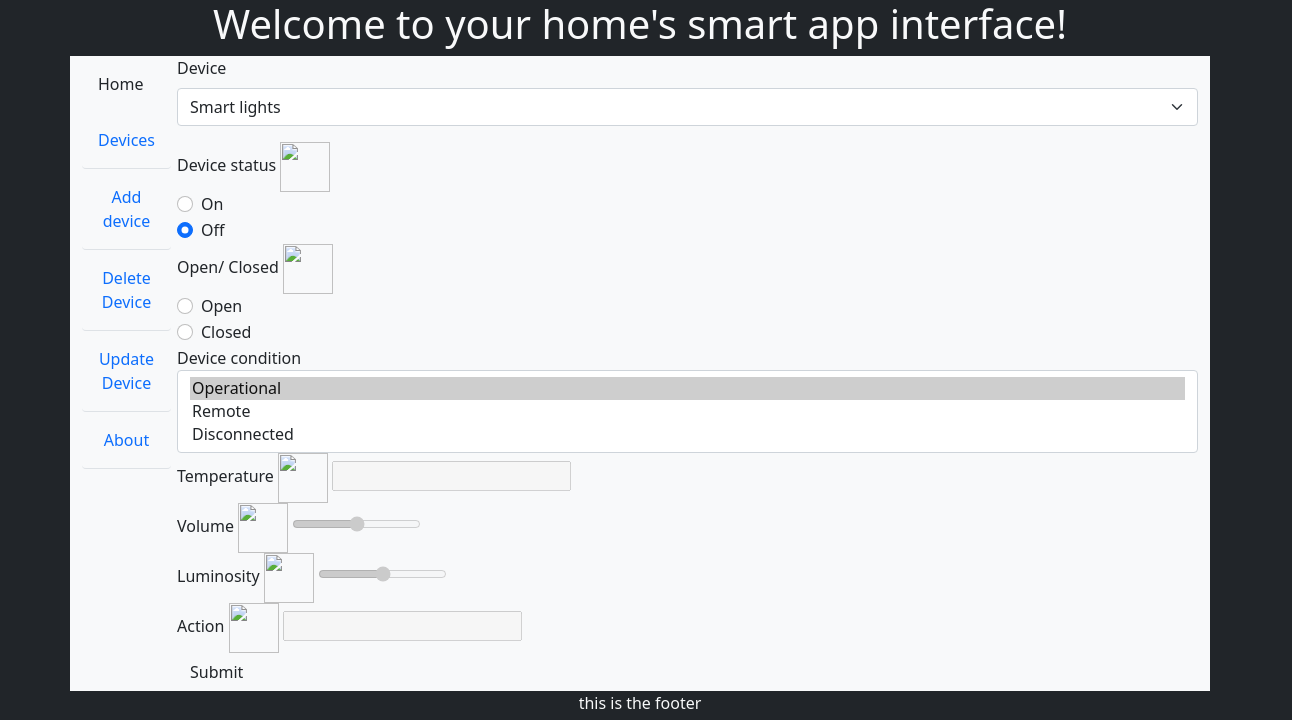
Repository: St-34-lth/stoopid_home
Page: http://localhost/addDevice
The author's editor kept a copy of each file at every save. The page is drawn from the files as they stood at one save, then again after the next save.
The browser window is 1280 px wide. The page is 1292 px wide, so the pictures cover 1292 px, including what lies to the right of the window. The pictures show the whole page.
The page is served by the project's Node server (index.js).

Above is the page before, as saved 2022-01-16 12:44:35.
Console error: ReferenceError: assignAssets is not defined

After the next save:
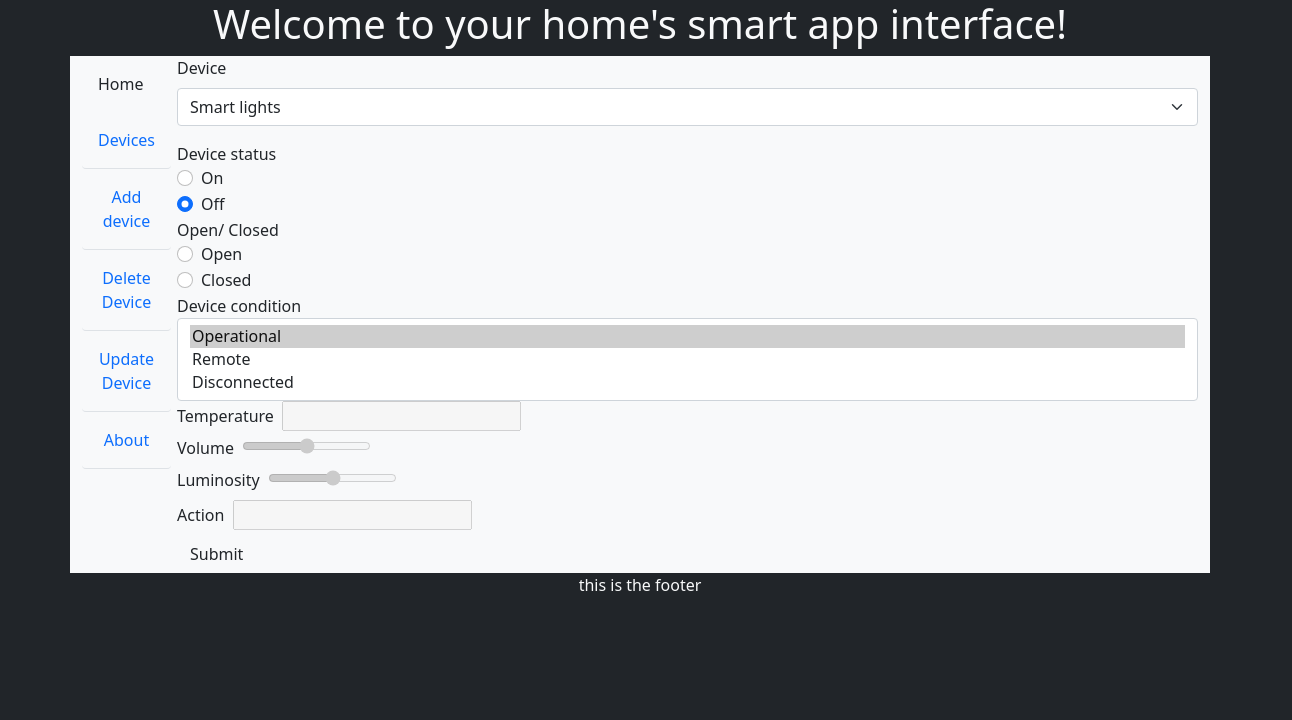
Saved 2 min 20 s later.
--- a/views/templates/add.ejs
+++ b/views/templates/add.ejs
@@ -23,7 +23,7 @@
 
           <!-- Status -->
                     <label class='text-dark form label' for='status'>Device status</label>
-                    <img id='statusImage' class='optSVG' type='svg' src="">
+                    <img id='statusImage' class='addOptionSVG' type='svg' src="">
                     <div class="form-check">
                               <input class="form-check-input property" type="radio" name="status" id="deviceOn" value="1" >
                               <label class="form-check-label" for="flexRadioDefault1">
@@ -39,7 +39,7 @@
           <!-- Openclosed -->
           <div id='opencloseContainer'>
                     <label class='text-dark form label' for='status'>Open/ Closed</label>
-                    <img id='opencloseImage' class='optSVG' type='svg' src="">
+                    <img id='opencloseImage' class='addOptionSVG' type='svg' src="">
                     <div class="form-check">
                               <input class="form-check-input property" type="radio" name="openclose" id="deviceOpen" value="1">
                               <label class="form-check-label" for="flexRadioDefault1">
@@ -64,14 +64,14 @@
                     </select>
           <!-- Temperature -->
                     <label for="temperature" class="form-label">Temperature</label>
-                    <img id='temperatureImage' class='optSVG' type='svg' src="">
+                    <img id='temperatureImage' class='addOptionSVG' type='svg' src="">
                     <input class='property' disabled type="text" id="deviceTemperature" name="temperature" defaultValue="">
 
           <!-- Volume -->
 
                     <div id="volumeContainer">
                     <label class='form-label text-dark' for='volume'>Volume</label>
-                    <img id='volumeImage' class='optSVG' type='svg' src="">
+                    <img id='volumeImage' class='addOptionSVG' type='svg' src="">
                     <input onchange="updateVolumeEventListener(this)" class='property'disabled id="deviceVolume"type="range" min="0" max="100" step="1" defaultValue="null"value=""name="volume">
                               <span id="volumeValueContainer"></span>
                     </div>
@@ -79,7 +79,7 @@
           <div id="luminosityContainer">
 
                     <label class='form-label text-dark' for='luminosity'>Luminosity</label>
-                    <img id='luminosityImage' class='optSVG' type='svg' src="">
+                    <img id='luminosityImage' class='addOptionSVG' type='svg' src="">
                     <input onchange="updateLuminosityEventListener(this)" class='property' disabled id="deviceLuminosity" type="range"
                               min="0" max="100" step="1" defaultValue="null" value="" name="luminosity">
                     <span id="luminosityValueContainer"></span>
@@ -88,7 +88,7 @@
           <!-- Action -->
           <div id="actionContainer">
           <label for="action" class="form-label">Action</label>
-          <img id='actionImage' class='optSVG' type='svg' src="">
+          <img id='actionImage' class='addOptionSVG' type='svg' src="">
           <input class='property' disabled type="text" id="deviceAction" name="action" defaultValue="">
           </div>
 

After the save that followed:
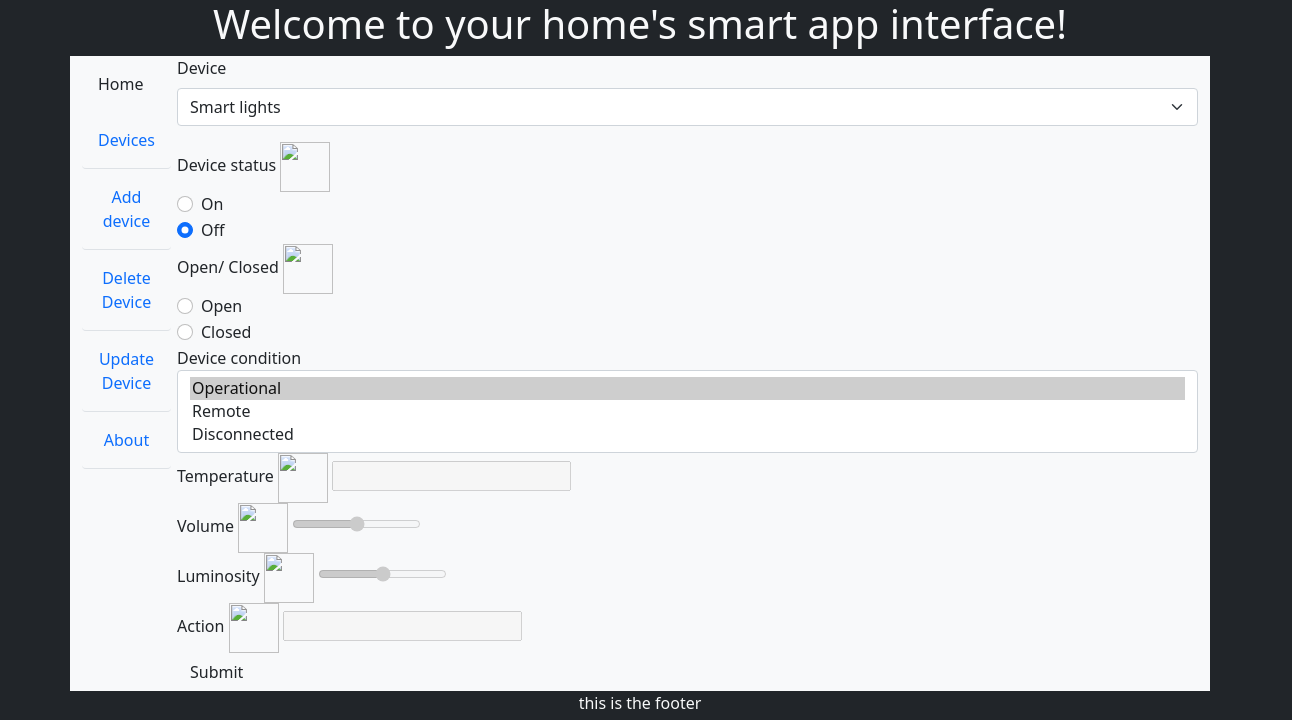
Saved 80 s later.
--- a/views/templates/add.ejs
+++ b/views/templates/add.ejs
@@ -23,7 +23,7 @@
 
           <!-- Status -->
                     <label class='text-dark form label' for='status'>Device status</label>
-                    <img id='statusImage' class='addOptionSVG' type='svg' src="">
+                    <img id='statusImage' class='optSVG' type='svg' src="">
                     <div class="form-check">
                               <input class="form-check-input property" type="radio" name="status" id="deviceOn" value="1" >
                               <label class="form-check-label" for="flexRadioDefault1">
@@ -39,7 +39,7 @@
           <!-- Openclosed -->
           <div id='opencloseContainer'>
                     <label class='text-dark form label' for='status'>Open/ Closed</label>
-                    <img id='opencloseImage' class='addOptionSVG' type='svg' src="">
+                    <img id='opencloseImage' class='optSVG' type='svg' src="">
                     <div class="form-check">
                               <input class="form-check-input property" type="radio" name="openclose" id="deviceOpen" value="1">
                               <label class="form-check-label" for="flexRadioDefault1">
@@ -64,14 +64,14 @@
                     </select>
           <!-- Temperature -->
                     <label for="temperature" class="form-label">Temperature</label>
-                    <img id='temperatureImage' class='addOptionSVG' type='svg' src="">
+                    <img id='temperatureImage' class='optSVG' type='svg' src="">
                     <input class='property' disabled type="text" id="deviceTemperature" name="temperature" defaultValue="">
 
           <!-- Volume -->
 
                     <div id="volumeContainer">
                     <label class='form-label text-dark' for='volume'>Volume</label>
-                    <img id='volumeImage' class='addOptionSVG' type='svg' src="">
+                    <img id='volumeImage' class='optSVG' type='svg' src="">
                     <input onchange="updateVolumeEventListener(this)" class='property'disabled id="deviceVolume"type="range" min="0" max="100" step="1" defaultValue="null"value=""name="volume">
                               <span id="volumeValueContainer"></span>
                     </div>
@@ -79,7 +79,7 @@
           <div id="luminosityContainer">
 
                     <label class='form-label text-dark' for='luminosity'>Luminosity</label>
-                    <img id='luminosityImage' class='addOptionSVG' type='svg' src="">
+                    <img id='luminosityImage' class='optSVG' type='svg' src="">
                     <input onchange="updateLuminosityEventListener(this)" class='property' disabled id="deviceLuminosity" type="range"
                               min="0" max="100" step="1" defaultValue="null" value="" name="luminosity">
                     <span id="luminosityValueContainer"></span>
@@ -88,7 +88,7 @@
           <!-- Action -->
           <div id="actionContainer">
           <label for="action" class="form-label">Action</label>
-          <img id='actionImage' class='addOptionSVG' type='svg' src="">
+          <img id='actionImage' class='optSVG' type='svg' src="">
           <input class='property' disabled type="text" id="deviceAction" name="action" defaultValue="">
           </div>
 
